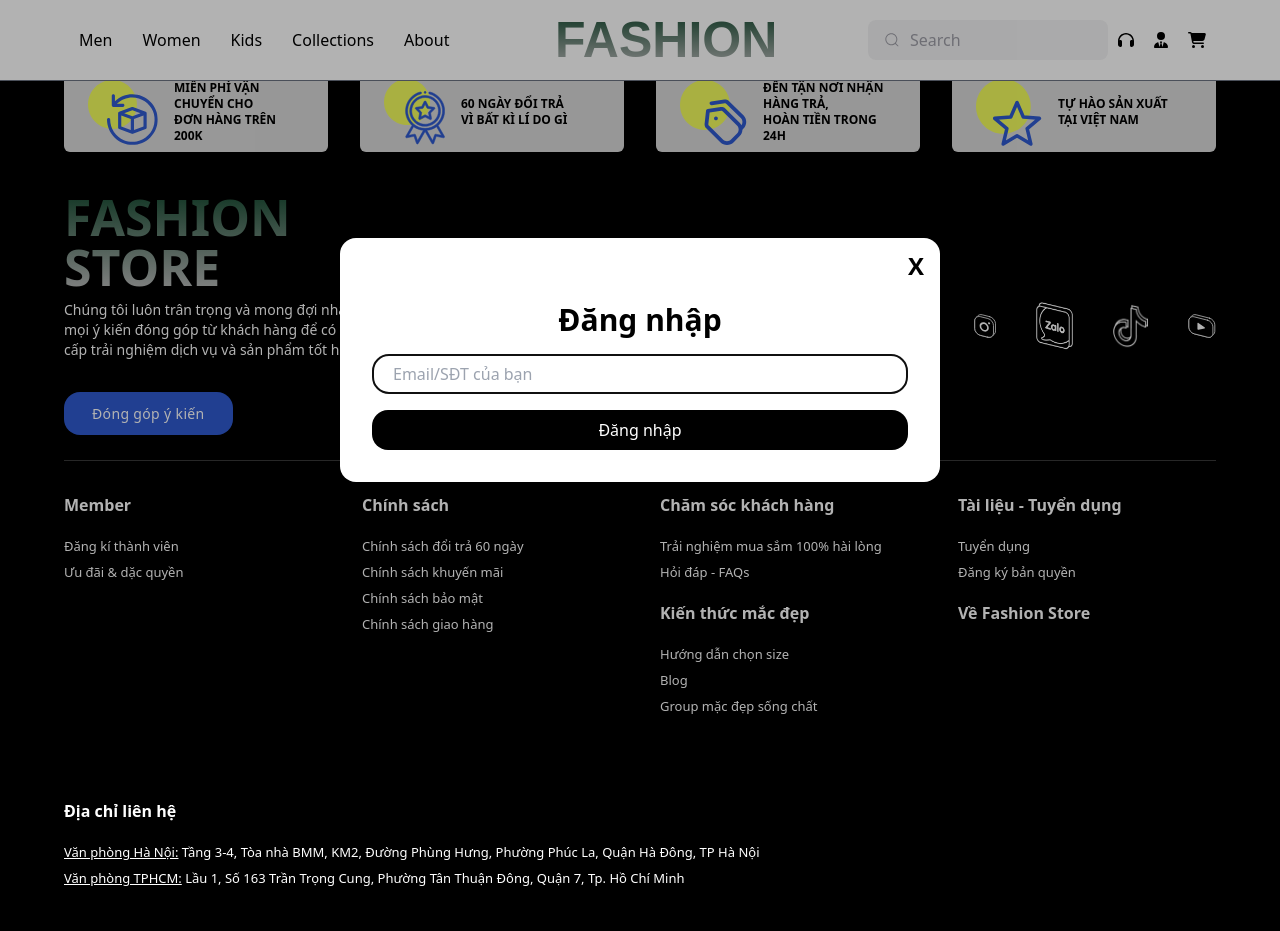
Repository: VuSnow/Software_Engineering
Page: /forgorPassword
An editor plug-in stored every save of this project. The page is shown before and after the next save, followed by the edit.
The browser window is 1280 px wide. The pictures show the whole page.
The project was rebuilt for these pictures with package versions that can differ from the ones it lists, and the page was loaded fresh each time. The framework's server and built-in components were replaced by stand-ins that run in the browser. Also part of the build but not shown: next.config.js, src/components/cart/CartItem/CartItem.tsx, src/components/cart/Cart.tsx, src/app/Login/page.tsx, src/app/register/page.tsx.

Above is the page before, as saved 2023-06-26 16:08:35.

### src/app/layout.tsx
"use client";
import Header from "@/components/header/Header";
import "./globals.css";
import { Inter } from "next/font/google";
import Footer from "@/components/footer/Footer";

const inter = Inter({ subsets: ["latin"] });

export const metadata = {
  title: "Create Next App",
  description: "Generated by create next app",
};
export default function RootLayout({
  children,
}: {
  children: React.ReactNode;
}) {
  return (
    <html lang="en">
      <body>
        <Header />
        {children}
        <Footer />
      </body>
    </html>
  );
}

### src/app/forgorPassword/page.tsx
import React, { useState } from "react";
import Link from "next/link";
import Image from "next/image";
import facebookIcon from "@/app/Login/facebook.svg";
import googleIcon from "@/app/Login/google.svg";

interface ForgotModal {
  setShowForgotPassword: (value: boolean) => void;
}

const ForgotPassword = ({ setShowForgotPassword }: ForgotModal) => {
  return (
    <div className="loginModal fixed w-full h-full top-0 left-0 z-[150]">
      <div className="backdrop w-full h-full bg-[rgba(0,0,0,.3)]"></div>
      <div
        className="pop-up-body absolute top-1/2 left-1/2 w-[50vw] max-w-[600px] bg-white p-8 rounded-2xl max-h-[95vh] overflow-y-auto overflow-x-hidden"
        style={{ transform: "translate(-50%, -50%)" }}
      >
        <span
          className="close-popup cursor-pointer absolute top-3 right-4 text-2xl font-bold"
          onClick={() => setShowForgotPassword(false)}
        >
          X
        </span>
        <div>
          <div className="form-container">
            <form id="login-form">
              <div className="login-heading mb-4 text-center">
                <div className="title text-3xl font-bold mx-0 mb-4 mt-8">
                  Đăng nhập
                </div>
              </div>
              <div className="form-group mb-4">
                <input
                  type="text"
                  name="email"
                  placeholder="Email/SĐT của bạn"
                  autoFocus
                  className="form-control bg-white border border-solid border-[#d9d9d9] box-border rounded-2xl h-10 w-full py-[5px] px-5 transition-all delay-0 duration-200 ease-in-out"
                />
              </div>
              <button className="login-btn block rounded-2xl h-10 w-full py-[5px] px-5 bg-black text-white text-center border-0 cursor-pointer transition-all delay-0 duration-200 ease-in-out mt-4">
                Đăng nhập
              </button>
            </form>
          </div>
        </div>
      </div>
    </div>
  );
};

export default ForgotPassword;

### src/components/header/Header.tsx
import React, { useState, useEffect, useContext } from "react";
import { FontAwesomeIcon } from "@fortawesome/react-fontawesome";
import {
  faBars,
  faHeadphones,
  faUserTie,
  faCartShopping,
  faXmark,
  faPlus,
  faMinus,
} from "@fortawesome/free-solid-svg-icons";
import Cart from "../cart/Cart";
import Login from "@/app/Login/page";
import Register from "@/app/register/page";
import ForgotPassword from "@/app/forgorPassword/page";
const Header = () => {
  const [showLoginModal, setShowLoginModal] = useState<Boolean>(false);
  const [showRegisterModal, setShowRegisterModal] = useState<Boolean>(false);
  const [showForgotPassword, setShowForgotPassword] = useState<Boolean>(false);
  const [classNav, setClassNav] = useState<String>(
    "opacity-0 invisible -left-full"
  );
  const [showCart, setShowCart] = useState(false);
  const showNav = () => {
    setClassNav("opacity-1 visible left-0");
  };
  const closeNav = () => {
    setClassNav("opacity-0 invisible -left-full");
  };
  return (
    <>
      {showLoginModal ? (
        <Login
          setShowLoginModal={setShowLoginModal}
          setShowRegisterModal={setShowRegisterModal}
          setShowForgotPassword={setShowForgotPassword}
        />
      ) : null}
      {showRegisterModal ? (
        <Register
          setShowRegisterModal={setShowRegisterModal}
          setShowLoginModal={setShowLoginModal}
        />
      ) : null}
      {showForgotPassword ? (
        <ForgotPassword setShowForgotPassword={setShowForgotPassword} />
      ) : null}
      <header className="text-black mb-4 fixed block top-0 left-0 right-0 bg-white w-full border-b border-gray-500 z-[99] px-[5%]">
        <div className="flex tablet: justify-between h-20 items-center mr-auto ml-auto max-w-full">
          <nav className="main-menu">
            <div className="mobile-menu cursor-pointer max-tablet:block hidden">
              <FontAwesomeIcon icon={faBars} size="2xl" onClick={showNav} />
            </div>
            <ul className="menu max-tablet:hidden flex">
              <li className="p-[15px] cursor-pointer">Men</li>
              <li className="p-[15px] cursor-pointer">Women</li>
              <li className="p-[15px] cursor-pointer">Kids</li>
              <li className="p-[15px] cursor-pointer">Collections</li>
              <li className="p-[15px] cursor-pointer">About</li>
            </ul>
            <div
              className={`sub-mobile-menu fixed top-0 right-0 bottom-[45px] bg-white z-[1000] pt-16 pr-4 pb-0 pl-4 ${classNav} overflow-y-auto`}
            >
              <div className="box-action bg-[#343a40] flex items-center justify-center rounded-tl-xl h-12 rounded-br-xl mb-[30px]">
                <a
                  href="#"
                  className="action-login text-white text-center text-[18px]"
                >
                  Đăng nhập
                </a>
              </div>
              <ul className="menu-mb">
                <li className="mb-[30px] pr-2 flex justify-between">
                  <a href="#">Men </a>
                  <span className="arrow">
                    <FontAwesomeIcon icon={faPlus} />
                    <FontAwesomeIcon icon={faMinus} className="hidden" />
                  </span>
                </li>
                <li className="mb-[30px] pr-2 flex justify-between">
                  <a href="#">Women </a>
                  <span className="arrow">
                    <FontAwesomeIcon icon={faPlus} />
                    <FontAwesomeIcon icon={faMinus} className="hidden" />
                  </span>
                </li>
                <li className="mb-[30px] pr-2 flex justify-between">
                  <a href="#">Kids </a>
                  <span className="arrow">
                    <FontAwesomeIcon icon={faPlus} />
                    <FontAwesomeIcon icon={faMinus} className="hidden" />
                  </span>
                </li>
                <li className="mb-[30px] pr-2 flex justify-between">
                  <a href="#">Collections </a>
                  <span className="arrow">
                    <FontAwesomeIcon icon={faPlus} />
                    <FontAwesomeIcon icon={faMinus} className="hidden" />
                  </span>
                </li>
                <li className="mb-[30px] pr-2 flex justify-between">
                  <a href="#">About </a>
                  <span className="arrow">
                    <FontAwesomeIcon icon={faPlus} />
                    <FontAwesomeIcon icon={faMinus} className="hidden" />
                  </span>
                </li>
              </ul>
              <div className="close-menu absolute top-[25px] left-[25px] text-[24px] text-black">
                <FontAwesomeIcon icon={faXmark} onClick={closeNav} />
              </div>
            </div>
          </nav>
          <div className="logo-brand">
            <a
              href="/"
              className="font-bold font-kumbhsan"
              style={{
                fontSize: "50px",
                background: "linear-gradient(to bottom, #194c33, #bbb)",
                WebkitBackgroundClip: "text",
                WebkitTextFillColor: "transparent",
                textTransform: "uppercase",
              }}
            >
              Fashion
            </a>
          </div>
          <div className="right-header flex">
            <form
              action="search"
              name="form-search"
              className="flex leading-7 items-center relative max-w-[240px] max-mobile:hidden"
            >
              <svg
                className="icon absolute left-4 fill-[#9e9ea7] w-4 h-4"
                aria-hidden="true"
                viewBox="0 0 24 24"
              >
                <g>
                  <path d="M21.53 20.47l-3.66-3.66C19.195 15.24 20 13.214 20 11c0-4.97-4.03-9-9-9s-9 4.03-9 9 4.03 9 9 9c2.215 0 4.24-.804 5.808-2.13l3.66 3.66c.147.146.34.22.53.22s.385-.073.53-.22c.295-.293.295-.767.002-1.06zM3.5 11c0-4.135 3.365-7.5 7.5-7.5s7.5 3.365 7.5 7.5-3.365 7.5-7.5 7.5-7.5-3.365-7.5-7.5z"></path>
                </g>
              </svg>
              <input
                type="text"
                placeholder="Search"
                className=" w-full h-[40px] leading-7 p-0 pl-10 pr-4 border-2 border-solid border-transparent rounded-lg outline-none bg-[#f3f3f4] text-[#0d0c22] transition-all placeholder:text-[#9e9ea7] focus:outline-none focus:border-[rgba(234,76,137,0.4)] focus:bg-white focus:shadow-md"
              />
            </form>
            <div className="header-action flex">
              <div className="item wallet m-[10px] max-mobile:hidden cursor-pointer">
                <FontAwesomeIcon icon={faHeadphones} />
              </div>
              <div
                className="item person m-[10px] cursor-pointer"
                onClick={() => setShowLoginModal(!showLoginModal)}
              >
                <FontAwesomeIcon icon={faUserTie} />
              </div>
              <div
                className="item cart m-[10px] cursor-pointer"
                onClick={() => setShowCart(true)}
              >
                <FontAwesomeIcon icon={faCartShopping} />
              </div>
            </div>
          </div>
        </div>
      </header>
      {showCart && <Cart setShowCart={setShowCart} />}
    </>
  );
};

export default Header;

### src/app/globals.css
@tailwind base;
@tailwind components;
@tailwind utilities;

:root {
  --foreground-rgb: 0, 0, 0;
  --background-start-rgb: 214, 219, 220;
  --background-end-rgb: 255, 255, 255;
}

@media (prefers-color-scheme: dark) {
  :root {
    --foreground-rgb: 255, 255, 255;
    --background-start-rgb: 0, 0, 0;
    --background-end-rgb: 0, 0, 0;
  }
}
body {
  display: flex;
  flex-direction: column;
  justify-content: space-between;
}

### src/components/footer/Footer.tsx
import React from "react";
import logo from "./logo.png";
import Image from "next/image";
import Link from "next/link";
import dmca from "./dmca.png";
import congthuong from "./img-congthuong.png";
import hotlineIcon from "./icon-hotline.svg";
import emailIcon from "./icon-email.svg";
import facebookIcon from "./facebook.webp";
import zaloIcon from "./zalo.webp";
import instaIcon from "./icon-instar.svg";
import youtubeIcon from "./icon-youtube.svg";
import tiktokIcon from "./tiktok.webp";
import HomepageService from "../HomepageService/HomepageService";

const Footer = () => {
  return (
    <footer className="text-white flex justify-center items-center bg-black px-[5%] leading-[160%] mt-8">
      <div className="container-footer w-full">
        <HomepageService />
        <div className="footer-top text-sm">
          <div className="top-sidebar flex justify-between items-center gap-[8%] mb-8 w-full border-b border-[#d9d9d942] desktop:flex-col desktop:items-start">
            <div className="flex-[1]">
              <h4
                className=" font-semibold text-[22px] mb-2 text-[#fff] leading-[100%]"
                style={{
                  fontSize: "50px",
                  background: "linear-gradient(to bottom, #194c33, #bbb)",
                  WebkitBackgroundClip: "text",
                  WebkitTextFillColor: "transparent",
                  textTransform: "uppercase",
                }}
              >
                Fashion Store
              </h4>
              <p className="description font-normal text-left mb-8">
                Chúng tôi luôn trân trọng và mong đợi nhận được mọi ý kiến đóng
                góp từ khách hàng để có thể nâng cấp trải nghiệm dịch vụ và sản
                phẩm tốt hơn nữa.
              </p>
              <Link
                href="#"
                target="_blank"
                className="support-btn inline-flex justify-center items-center h-[43px] bg-[#2f5acf] rounded-2xl py-0 px-7 font-medium tracking-wide mb-[25px] border-0"
              >
                Đóng góp ý kiến
              </Link>
            </div>
            <div className=" flex justify-between w-full flex-[2] items-center max-tablet:flex-col max-tablet:items-start max-tablet:gap-6 max-tablet:mb-8 gap-10">
              <div className="flex-[1]">
                <div className="hotline flex gap-8 items-center w-fit font-medium text-[13px] leading-[160%] tracking-wide mb-3 justify-start">
                  <div className="icon h-8 w-8">
                    <Image src={hotlineIcon} alt="Hotline Icon" />
                  </div>
                  <div className="content">
                    <span>Hotline</span>
                    <p className="description block text-[1.2rem] font-semibold">
                      <Link href="tel: 0366032936">036.603.2936</Link>-
                      <Link href="tel: 0968174381">0968.174.381</Link>
                      <br />
                      <span>(8:30 - 22:30)</span>
                    </p>
                  </div>
                </div>
                <div className="email flex gap-8 items-center font-medium text-[13px] leading-[160%] tracking-wide mb-3 justify-start">
                  <div className="icon h-8 w-8">
                    <Image src={emailIcon} alt="Email Icon" />
                  </div>
                  <div className="content ">
                    <span>Email</span>
                    <p className=" text-[1.2rem] font-semibold">
                      <Link href="mailto: vm.dung.learning@gmail.com">
                        vm.dung.learning@gmail.com
                      </Link>
                    </p>
                  </div>
                </div>
              </div>
              <div className="social mt-0 h-[130px] flex justify-end items-center flex-[1] gap-10">
                <Link
                  href="https://www.facebook.com/dung.vuminh.315080/"
                  className="flex justify-center items-center"
                  target="_blank"
                >
                  <Image
                    src={facebookIcon}
                    alt=""
                    className=" max-h-[100px] w-full min-h-[50px]"
                  />
                </Link>
                <Link
                  href="https://www.instagram.com/v.m.dung.36/"
                  className="flex justify-center items-center"
                  target="_blank"
                >
                  <Image
                    src={instaIcon}
                    alt=""
                    className=" max-h-[100px] w-full min-h-[50px]"
                  />
                </Link>
                <Link
                  href="https://zalo.me/0366032936"
                  className="flex justify-center items-center"
                  target="_blank"
                >
                  <Image
                    src={zaloIcon}
                    alt=""
                    className=" max-h-[100px] w-full min-h-[50px]"
                  />
                </Link>
                <Link
                  href="https://www.instagram.com/v.m.dung.36/"
                  className="flex justify-center items-center"
                  target="_blank"
                >
                  <Image
                    src={tiktokIcon}
                    alt=""
                    className=" max-h-[100px] w-full min-h-[50px]"
                  />
                </Link>
                <Link
                  href="https://www.instagram.com/v.m.dung.36/"
                  className="flex justify-center items-center"
                  target="_blank"
                >
                  <Image
                    src={youtubeIcon}
                    alt=""
                    className=" max-h-[100px] w-full min-h-[50px]"
                  />
                </Link>
              </div>
            </div>
          </div>
          <div className="top-menu"></div>
        </div>
        <div className="footer-bottom">
          <div className="footer-menu flex justify-between flex-wrap gap-10">
            <div className="footer-item flex-[1] text-[13px] leading-[200%] text-[d9d9d9] min-w-[200px] mb-10">
              <h4 className="text-[#fff] font-semibold mb-4 mt-0 text-base">
                Member
              </h4>
              <ul>
                <li>Đăng kí thành viên</li>
                <li>Ưu đãi & dặc quyền</li>
              </ul>
            </div>
            <div className="footer-item flex-[1] text-[13px] leading-[200%] text-[d9d9d9] min-w-[200px] mb-10">
              <h4 className="text-[#fff] font-semibold mb-4 mt-0 text-base">
                Chính sách
              </h4>
              <ul>
                <li>Chính sách đổi trả 60 ngày</li>
                <li>Chính sách khuyến mãi</li>
                <li>Chính sách bảo mật</li>
                <li>Chính sách giao hàng</li>
              </ul>
            </div>
            <div className="footer-item flex-[1] text-[13px] leading-[200%] text-[d9d9d9] min-w-[200px] mb-10">
              <h4 className="text-[#fff] font-semibold mb-4 mt-0 text-base">
                Chăm sóc khách hàng
              </h4>
              <ul>
                <li>Trải nghiệm mua sắm 100% hài lòng</li>
                <li>Hỏi đáp - FAQs</li>
              </ul>
              <h4 className="text-[#fff] font-semibold mb-4 text-base mt-4">
                Kiến thức mắc đẹp
              </h4>
              <ul>
                <li>Hướng dẫn chọn size</li>
                <li>Blog</li>
                <li>Group mặc đẹp sống chất</li>
              </ul>
            </div>
            <div className="footer-item flex-[1] text-[13px] leading-[200%] text-[d9d9d9] min-w-[200px] mb-10">
              <h4 className="text-[#fff] font-semibold mb-4 mt-0 text-base">
                Tài liệu - Tuyển dụng
              </h4>
              <ul>
                <li>Tuyển dụng</li>
                <li>Đăng ký bản quyền</li>
              </ul>
              <h4 className="text-[#fff] font-semibold mb-4 text-base mt-4">
                Về Fashion Store
              </h4>
            </div>
            <div className="footer-item flex-[1] text-[13px] leading-[200%] text-[d9d9d9] min-w-[200px] mb-10">
              <h4 className="text-[#fff] font-semibold mb-4 mt-0 text-base">
                Địa chỉ liên hệ
              </h4>
              <p>
                <u>Văn phòng Hà Nội:</u> Tầng 3-4, Tòa nhà BMM, KM2, Đường Phùng
                Hưng, Phường Phúc La, Quận Hà Đông, TP Hà Nội
              </p>
              <p>
                <u>Văn phòng TPHCM:</u> Lầu 1, Số 163 Trần Trọng Cung, Phường
                Tân Thuận Đông, Quận 7, Tp. Hồ Chí Minh
              </p>
            </div>
          </div>
        </div>
      </div>
    </footer>
  );
};

export default Footer;

Loaded but not shown: tailwind.config.js (39 lines, source omitted); src/components/HomepageService/HomepageService.tsx (143 lines, source omitted)

After the next save:
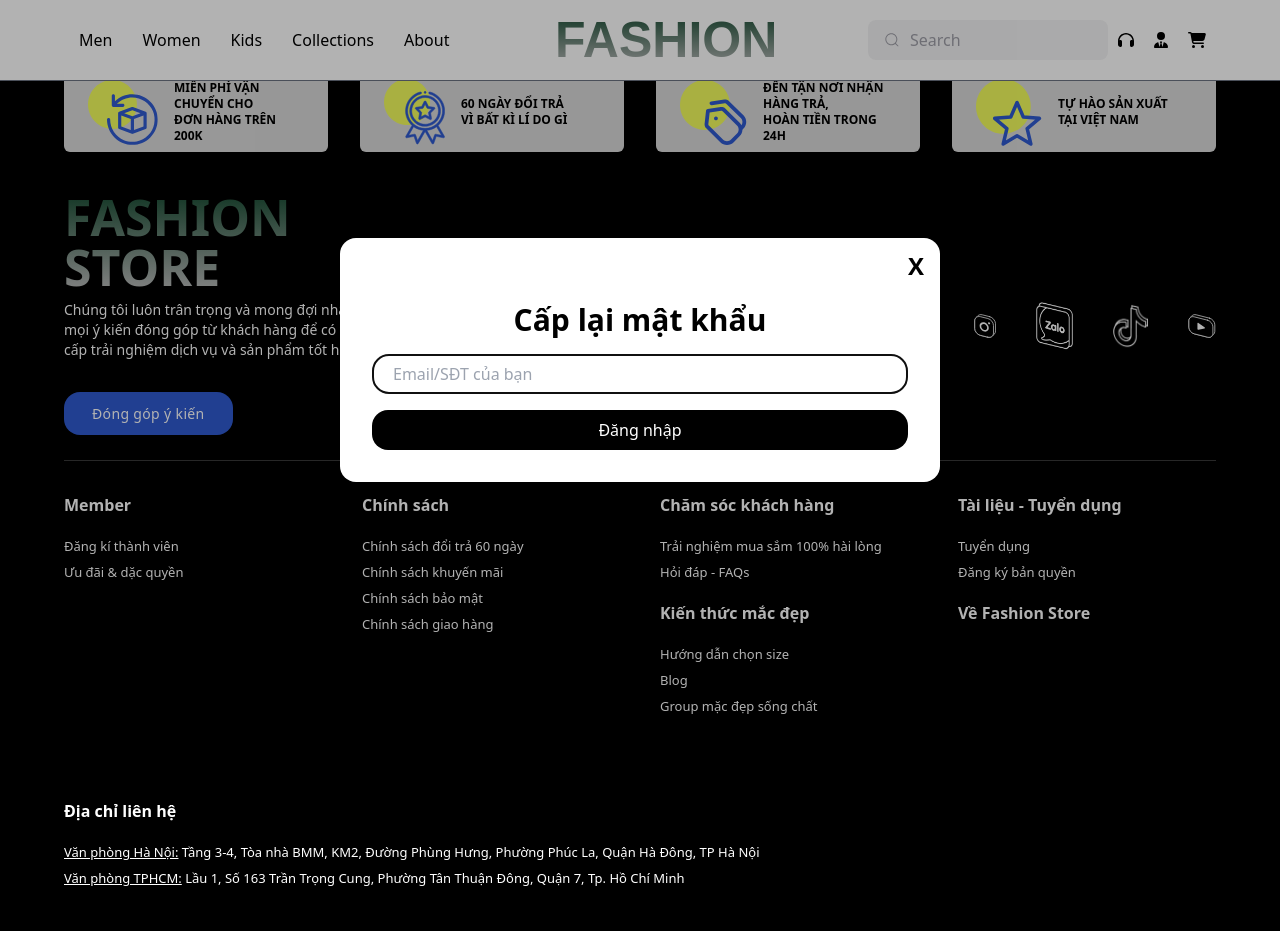
Saved 15 s later.
--- a/src/app/forgorPassword/page.tsx
+++ b/src/app/forgorPassword/page.tsx
@@ -27,7 +27,7 @@
             <form id="login-form">
               <div className="login-heading mb-4 text-center">
                 <div className="title text-3xl font-bold mx-0 mb-4 mt-8">
-                  Đăng nhập
+                  Cấp lại mật khẩu
                 </div>
               </div>
               <div className="form-group mb-4">
